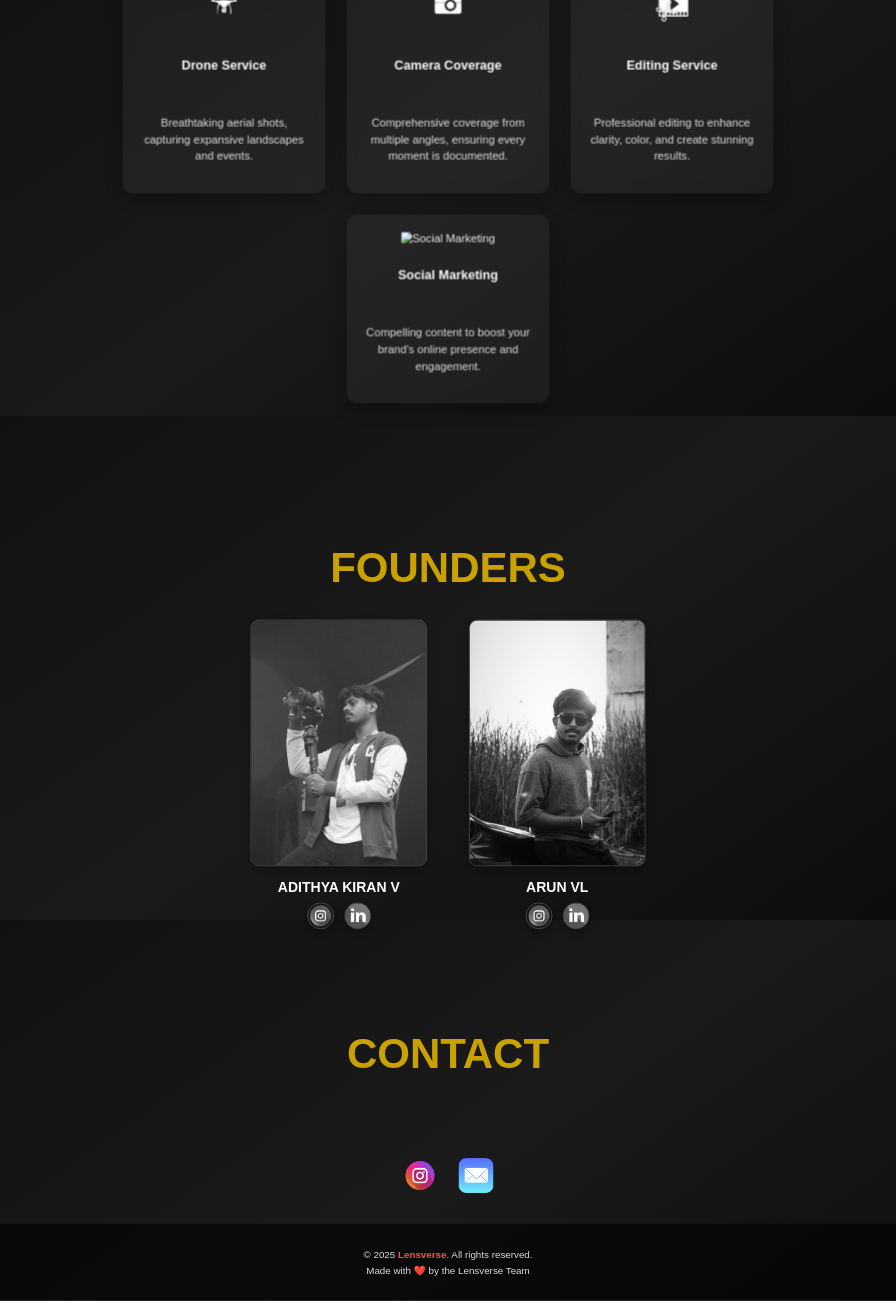
Repository: adithyakiran47/lensverse-frontend
Page: / (app in frontend/)
An editor plug-in stored every save of this project. The page is shown before and after the next save, followed by the edit.
The browser window is 1280 px wide. The pictures show the part of the page from y = 1565 to 3485 px (the page is 3424 px tall before and 3485 px after), at 70% of full size.
Backgrounds fixed to the window are drawn as part of the page. The project was rebuilt for these pictures with package versions that can differ from the ones it lists, and the page was loaded fresh each time. Also part of the build but not shown: frontend/src/components/BookingForm.css, frontend/src/components/BookingForm.js.

Above is the page before, as saved 2025-06-20 22:52:38.
Not found: social.png

After the next save:
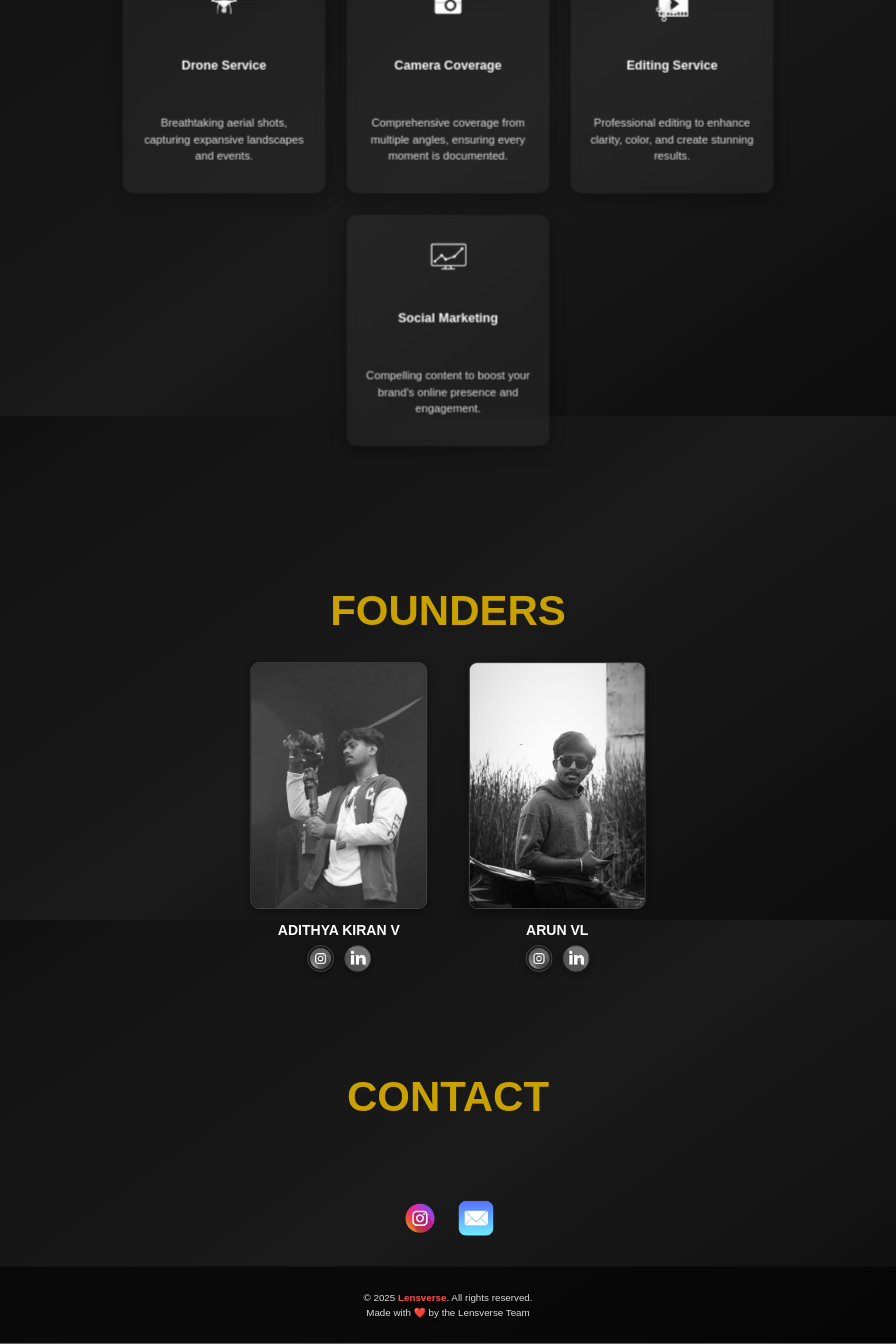
Saved 20 s later.
--- a/frontend/src/components/Services.js
+++ b/frontend/src/components/Services.js
@@ -30,7 +30,7 @@
           </div>
 
           <div className="service-detail">
-            <img src="social.png" alt="Social Marketing" />
+            <img src="marketing.png" alt="Social Marketing" />
             <p><b>Social Marketing</b><br /><br />Compelling content to boost your brand's online presence and engagement.</p>
           </div>
         </div>
